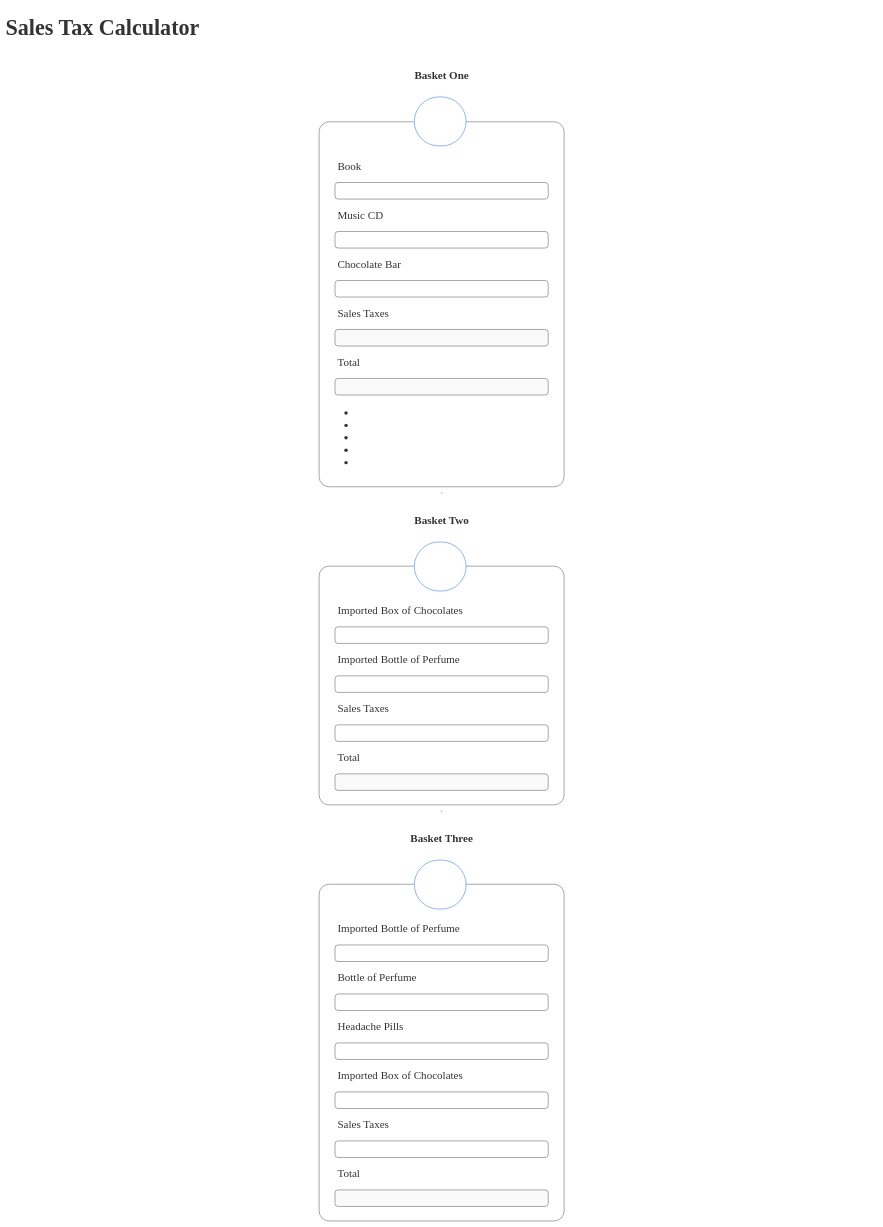
Repository: duzzisantos/sales-tax
Page: index.html
An editor plug-in stored every save of this project. The page is shown before and after the next save, followed by the edit.
The browser window is 1280 px wide. The pictures show the whole page, at 69% of full size.

Above is the page before, as saved 2022-05-25 21:40:38.

After the next save:
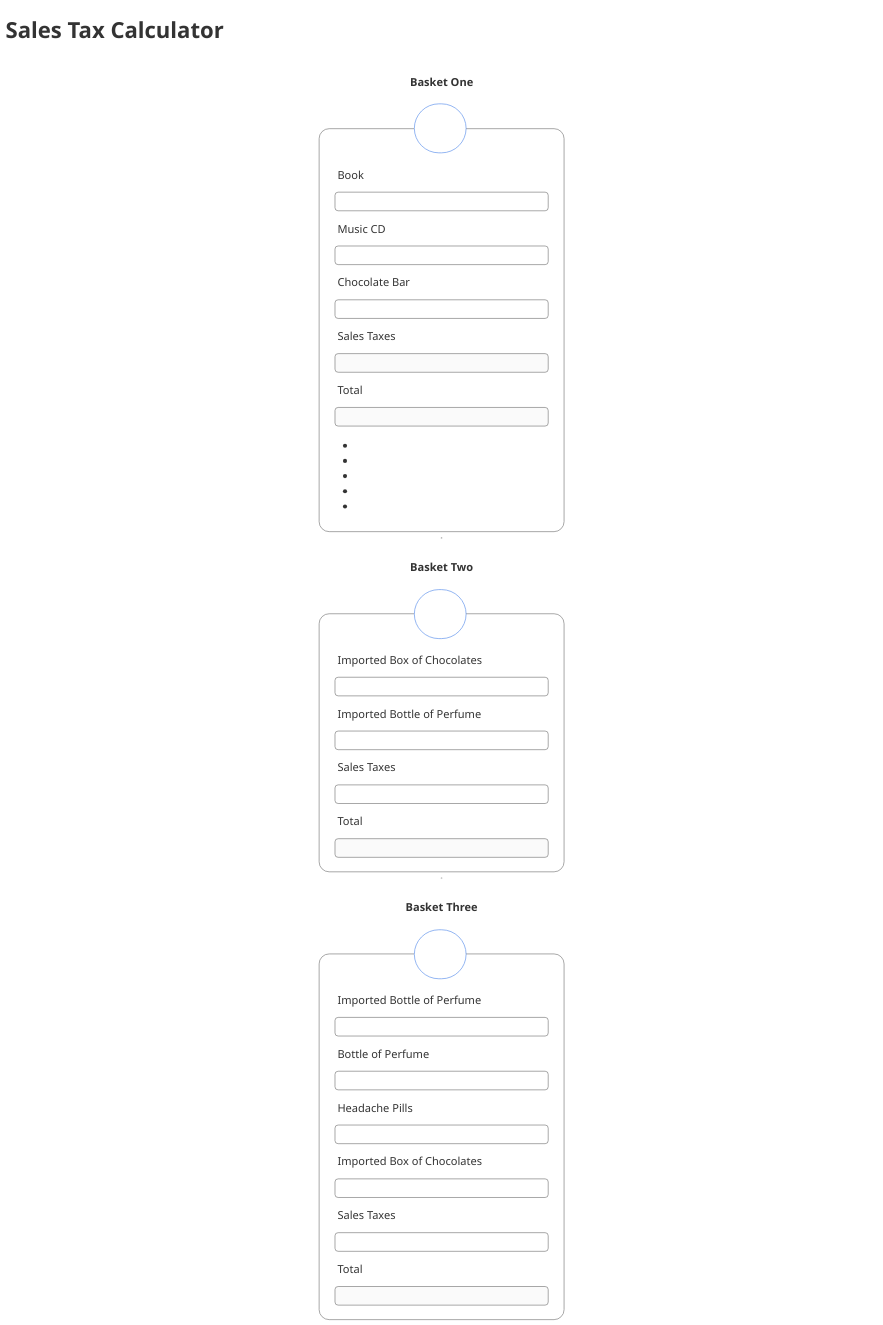
Saved 32 s later.
--- a/style.css
+++ b/style.css
@@ -1,5 +1,6 @@
 *{
     color: rgb(0,0,0,0.8);
+    font-family: 'Segoe UI', Tahoma, Geneva, Verdana, sans-serif;
 }
 
 #container{
